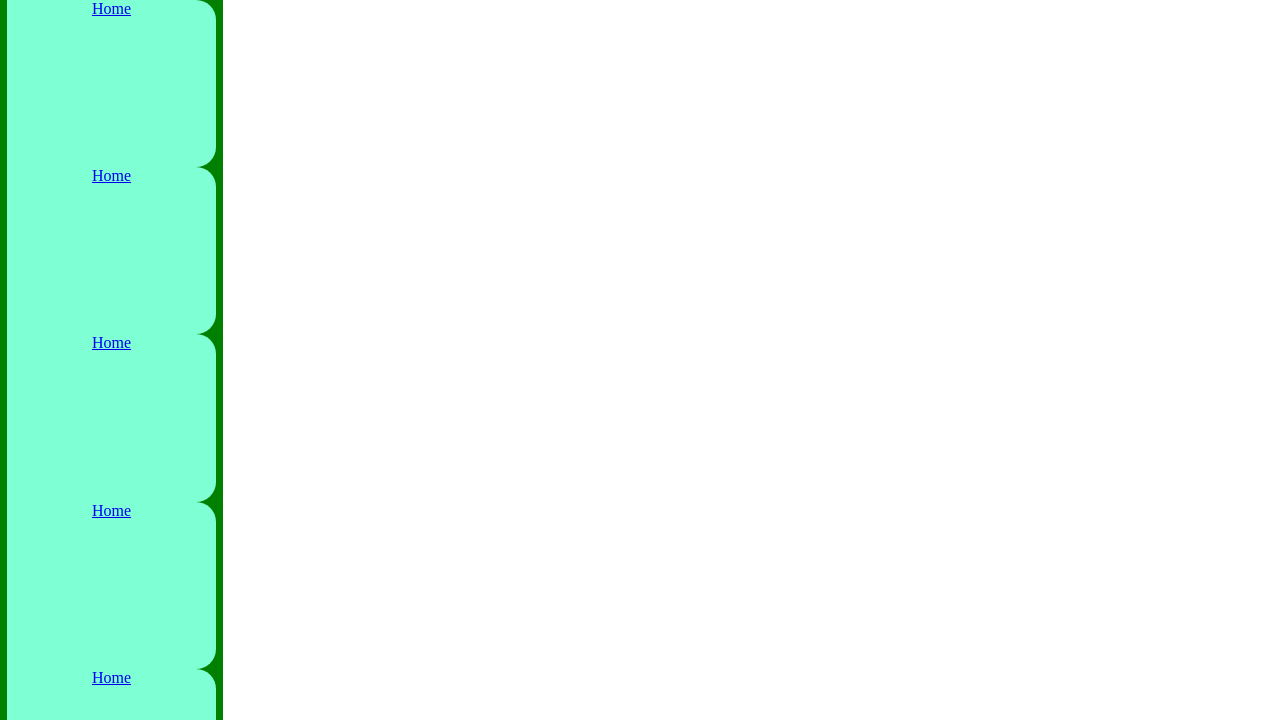
Repository: Tahaa2t/Researchers
Page: /
These files come from the project's save history. The page is drawn as it stood at one moment and after the next save; the edit follows.
The browser window is 1280 px wide. The pictures show the whole page.
The project was rebuilt for these pictures with package versions that can differ from the ones it lists, and the page was loaded fresh each time. Also part of the build but not shown: src/Components/loginform.js, src/Components/HomePage.js.

Above is the page before, as saved 2023-07-05 20:38:44.

### src/App.js
import { BrowserRouter, Routes, Route } from "react-router-dom";
import "./App.css"
import LoginForm from "./Components/loginform"
import HomePage from "./Components/HomePage";
import Navbar from "./Components/Navbar";

// color pallet
// #3aa6b9
// #D0E8E1
// #348472


function App() {



  return (
    <div className="App">

      {/* <LoginForm /> */}
      <Navbar />
      {/* <BrowserRouter>
        <Routes>
          <Route path="/" Component={<LoginForm />} />
          <Route path="/home" Component={<HomePage />} />
        </Routes>
      </BrowserRouter> */}
    </div>
  );
}

export default App;

### src/Components/Navbar.js
import React, { useState } from "react";
import { useNavigate } from 'react-router-dom';
import axios from 'axios';
import "./css/navbarstyle.css";

const Navbar = () => {
  return (
    <div className="navbar-boundry">
      <nav className="nav-setting">
        <a className="btn home-btn" href="/#">
          Home
        </a>
        <a className="btn home-btn" href="/#">
          Home
        </a>
        <a className="btn home-btn" href="/#">
          Home
        </a>
        <a className="btn home-btn" href="/#">
          Home
        </a>
        <a className="btn home-btn" href="/#">
          Home
        </a>

      </nav>





    </div>
  )
}

export default Navbar

### src/Components/css/loginstyle.css
@import url('https://fonts.googleapis.com/css?family=Josefin+Sans');


/* notes

---centering something---
display: flex;
  justify-content: center;
  align-items: center;



--- neechay ya uper se qareeb krna ho tou---
.check-btn {
  position: relative;
  bottom: 3em;
}
*/


* {
  margin: 0;
  box-sizing: border-box;
}

.page {
  background-color: #3aa6b9;
  height: 100vh;
  width: 100%;
  display: flex;
  justify-content: space-around;
  align-items: center;
  font-family: 'Josefin Sans', cursive;
}

.cover {
  background-image: linear-gradient(#D0E8E1, rgba(178, 209, 233, 0));
  width: 50%;
  min-width: 240px;
  max-width: 800px;
  height: 620px;
  position: fixed;
  border-radius: 0.5em;
  display: flex;
  flex: 1 1 200;
  flex-direction: column;
  align-items: center;
  justify-content: space-evenly;
  flex-wrap: wrap;
}

h1 {
  color: rgb(3, 45, 77);
  display: flex;
  flex-wrap: wrap;
}

.user-input {

  display: flex;
  /* flex-direction: column; */
  justify-content: space-evenly;
  width: 80%;
  height: 10%;
  flex-wrap: wrap;
  /* background-color: green; */
}
input[type=text]{
  background-color: rgba(0,0,0,0);
  border-color: #348472;
  border-radius: 8px 8px 8px 8px;
  border-width: 10%;
  border-style: solid;
  display: flex;
  justify-content: space-evenly;
  margin: 8px;
  /* outline-color: rgb(6, 106, 183); */
  height: 44px;
  width: 240px;
  /* bottom: -1.5em; */
}


input[type=password]{
  background-color: rgba(0,0,0,0);
  border-color: #348472;
  border-radius: 8px 8px 8px 8px;
  border-width: 10%;
  border-style: solid;
  display: flex;
  justify-content: space-evenly;
  margin: 8px;
  /* outline-color: rgb(6, 106, 183); */
  height: 44px;
  width: 240px;
  /* position: relative;
  top: -1.5em; */
}

input:focus {
  background-color: #348472;
  opacity: 50%;
}

.line{
  text-decoration: underline;
  color: black;
}

.login-btn {
  appearance: none;
  background-color: rgba(0,0,0,0);
  border-width: 0;
  box-sizing: border-box;
  color: black;
  cursor: pointer;
  display: inline-block;
  font-family: Clarkson,Helvetica,sans-serif;
  font-size: 14px;
  font-weight: 500;
  letter-spacing: 0;
  line-height: 1em;
  margin: 0;
  opacity: 1;
  outline: 0;
  padding: 1.5em 2.2em;
  position: relative;
  text-align: center;
  text-decoration: none;
  text-rendering: geometricprecision;
  text-transform: uppercase;
  transition: opacity 300ms cubic-bezier(.694, 0, 0.335, 1),background-color 100ms cubic-bezier(.694, 0, 0.335, 1),color 100ms cubic-bezier(.694, 0, 0.335, 1);
  user-select: none;
  -webkit-user-select: none;
  touch-action: manipulation;
  vertical-align: baseline;
  white-space: nowrap;
  display: flex;
  justify-content: center;
  align-items: center;
}

.login-btn:before {
  animation: opacityFallbackOut .5s step-end forwards;
  backface-visibility: hidden;
  background-color: #348472;
  opacity: 50%;
  clip-path: polygon(-1% 0, 0 0, -25% 100%, -1% 100%);
  content: "";
  height: 100%;
  left: 0;
  position: absolute;
  top: 0;
  transform: translateZ(0);
  transition: clip-path .5s cubic-bezier(.165, 0.84, 0.44, 1), -webkit-clip-path .5s cubic-bezier(.165, 0.84, 0.44, 1);
  width: 100%;
}

.login-btn:hover:before {
  animation: opacityFallbackIn 0s step-start forwards;
  clip-path: polygon(0 0, 101% 0, 101% 101%, 0 101%);
}

.login-btn:after {
  background-color: #FFFFFF;
}

.login-btn span {
  z-index: 1;
  position: relative;
}


.check-btn input {
  display:inline-block;
  margin-right:10px;
}
.check-btn p {
  display:inline-block;
}



/* use state */
.hide {
  display: none;
}

.login-popup {
  position: absolute;
  width: 40em;
  height: 35em;
  display: flex;
  flex-direction: column;
  align-items: center;
  justify-content: center;
  border-radius: 0.25em;
  outline-color: rgb(3, 58, 101);
  background-color: rgba(0,0,0,0);
  backdrop-filter: blur(5px);
  /* color: rgb(3, 58, 101); */
  bottom: 0;
  transform: scale(1);
  transform: 1.5s;
}

### src/Components/css/navbarstyle.css
* {
  margin: 0;
  box-sizing: border-box;
}

nav {
  width: 223px;
  height: 836px;
  background-color: green;
  display: flex;
  justify-content: center;
  align-items: center;
  flex-direction: column;
  position: fixed;
}
.btn {
  background-color: aquamarine;
  width: 94%;
  border-radius: 0px 20px 20px 0px;
  /* height: 10px; */
  /* margin: 1px;  */
  display: flex;
  flex: 2;
  justify-content: center;
  align-content: center;
}

/* .btn button {
  background-color: blue;
  border: none;
  border-radius: 8px;
  color: white;
  padding: 20% 20%;
  text-align: center;
  text-decoration: none;
  font-weight: 500;
  display: inline-block;
  font-size: 16px;
  justify-content: space-evenly;
  margin: 2px;

} */

Loaded but not shown: public/index.html (common file); src/index.js (common file); src/reportWebVitals.js (common file); src/App.css (common file)

After the next save:
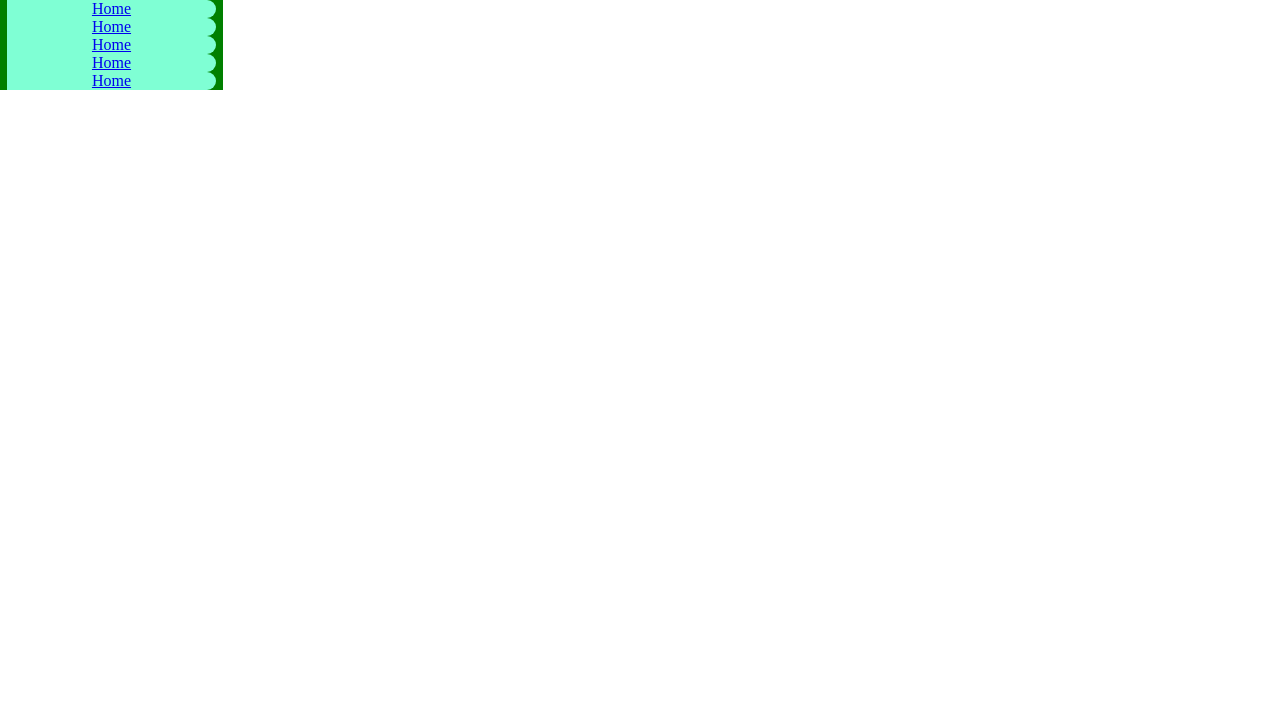
Saved 25 s later.
--- a/src/Components/css/navbarstyle.css
+++ b/src/Components/css/navbarstyle.css
@@ -5,7 +5,7 @@
 
 nav {
   width: 223px;
-  height: 836px;
+  height: auto;
   background-color: green;
   display: flex;
   justify-content: center;

After the save that followed:
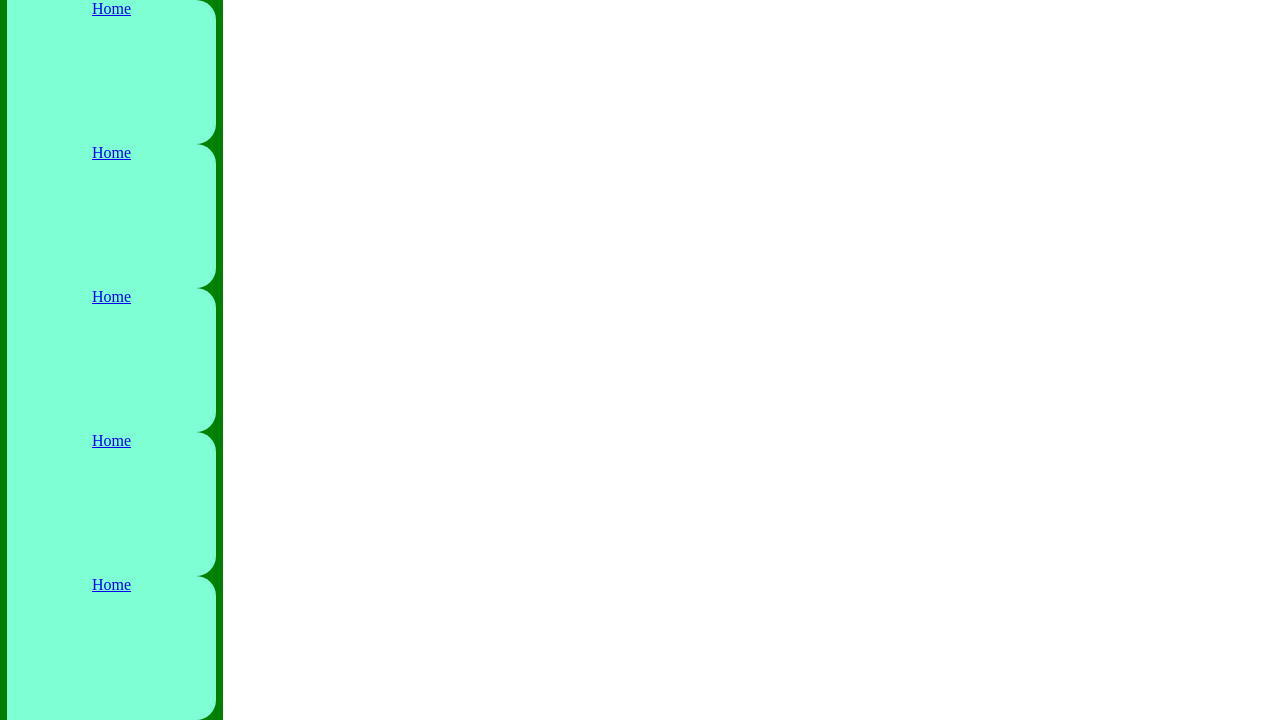
Saved 10 s later.
--- a/src/Components/css/navbarstyle.css
+++ b/src/Components/css/navbarstyle.css
@@ -5,7 +5,7 @@
 
 nav {
   width: 223px;
-  height: auto;
+  height: 100%;
   background-color: green;
   display: flex;
   justify-content: center;
